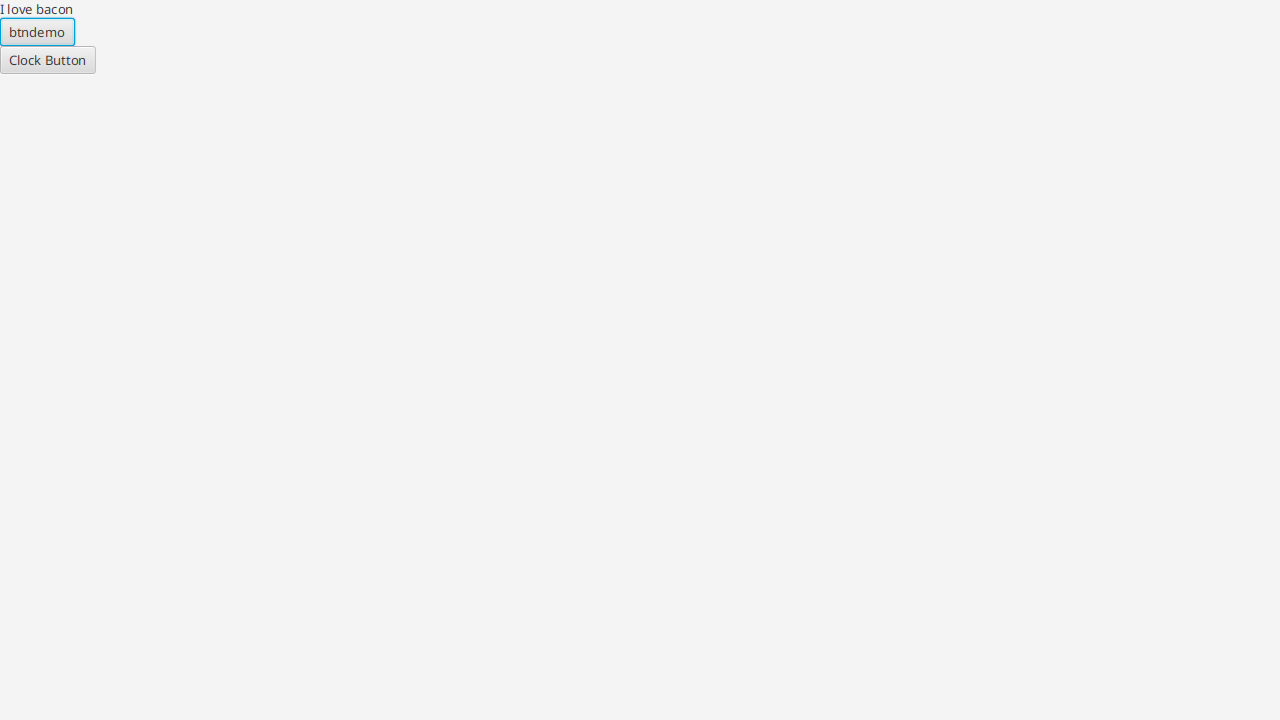
Repository: FabianKirsche/javafx_examples
Program's window: java org.krlib.dashboard/src/org/krlib/dashboard/Main.java
These files come from the project's save history. The program's window is drawn as it stood at one moment and after the next save; the edit follows.
It runs on Java 21 on a 1366 x 768 screen with JavaFX 11; the title bar is not drawn.

Above is the program's window before, as saved 2017-06-30 01:11:23.

### org.krlib.dashboard/src/org/krlib/dashboard/Main.java
package org.krlib.dashboard;

import javafx.application.*;
import javafx.fxml.FXMLLoader;
import javafx.scene.Parent;
import javafx.scene.Scene;
import javafx.stage.Stage;

public class Main extends Application{
	public static void main(String[] args) {
		launch(args);
	}

	@Override
	public void start(Stage primaryStage) throws Exception{
		Parent root = FXMLLoader.load(getClass().getResource("main.fxml"));	//load fxml

		primaryStage.setScene(new Scene(root,1280,720));					//set fxml to scene


		primaryStage.setTitle("MainWindow");
		primaryStage.show();

	}

}

### org.krlib.dashboard/src/org/krlib/dashboard/MainController.java
package org.krlib.dashboard;

import org.krlib.dashboard.clock.Clock;
import javafx.scene.control.Button;


public class MainController {
	public Button btn_demo;
	public Clock clock;

	public void btn_demo_Click() {
		System.out.println("btn_demo was clicked");
	}

}

### org.krlib.dashboard/src/org/krlib/dashboard/clock/Clock.java
package org.krlib.dashboard.clock;

import java.io.IOException;

import javafx.beans.property.StringProperty;
import javafx.fxml.FXMLLoader;
import javafx.scene.control.Label;
import javafx.scene.layout.Pane;

public class Clock extends Pane{

	public Label lbl_clock;

	public Clock() {
		FXMLLoader fxmlLoader = new FXMLLoader(getClass().getResource("clock.fxml"));

		try {
			fxmlLoader.load();
		} catch (IOException e) {
			throw new RuntimeException(e);
		}
	}

	public StringProperty textProperty() {
		return lbl_clock.textProperty();
	}
}

### org.krlib.dashboard/src/org/krlib/dashboard/clock/ClockController.java
package org.krlib.dashboard.clock;

import javafx.scene.control.Label;

public class ClockController {
	public Label lbl_clock;
}

### org.krlib.dashboard/src/org/krlib/dashboard/main.fxml
<?xml version="1.0" encoding="UTF-8"?>
<?import javafx.scene.control.*?>
<?import javafx.scene.layout.*?>
<?import javafx.scene.layout.BorderPane?>
<?import org.krlib.dashboard.clock.*?>
<?import javafx.scene.control.Button?>

<VBox prefHeight="720" prefWidth="1280" xmlns="http://javafx.com/javafx/8" xmlns:fx="http://javafx.com/fxml"
			fx:controller="org.krlib.dashboard.MainController">


		<Label text="I love bacon"/>
	    <Button text="btn_demo" fx:id="btn_demo" onAction="#btn_demo_Click"/>



		<fx:include source="/org/krlib/dashboard/clock/clock.fxml"/>
	    <Clock fx:id="clock"/>


</VBox>

### org.krlib.dashboard/src/org/krlib/dashboard/clock/clock.fxml
<?xml version="1.0" encoding="UTF-8"?>

<?import javafx.scene.layout.Pane?>
<?import javafx.scene.control.Label?>
<?import javafx.scene.control.Button?>

<Pane prefWidth="320" prefHeight="240" xmlns="http://javafx.com/javafx/8" xmlns:fx="http://javafx.com/fxml"
		fx:controller="org.krlib.dashboard.clock.ClockController">

	<Label fx:id="lbl_clock" text="DemoText" />
	<Button text="Clock Button" />
</Pane>

After the next save:
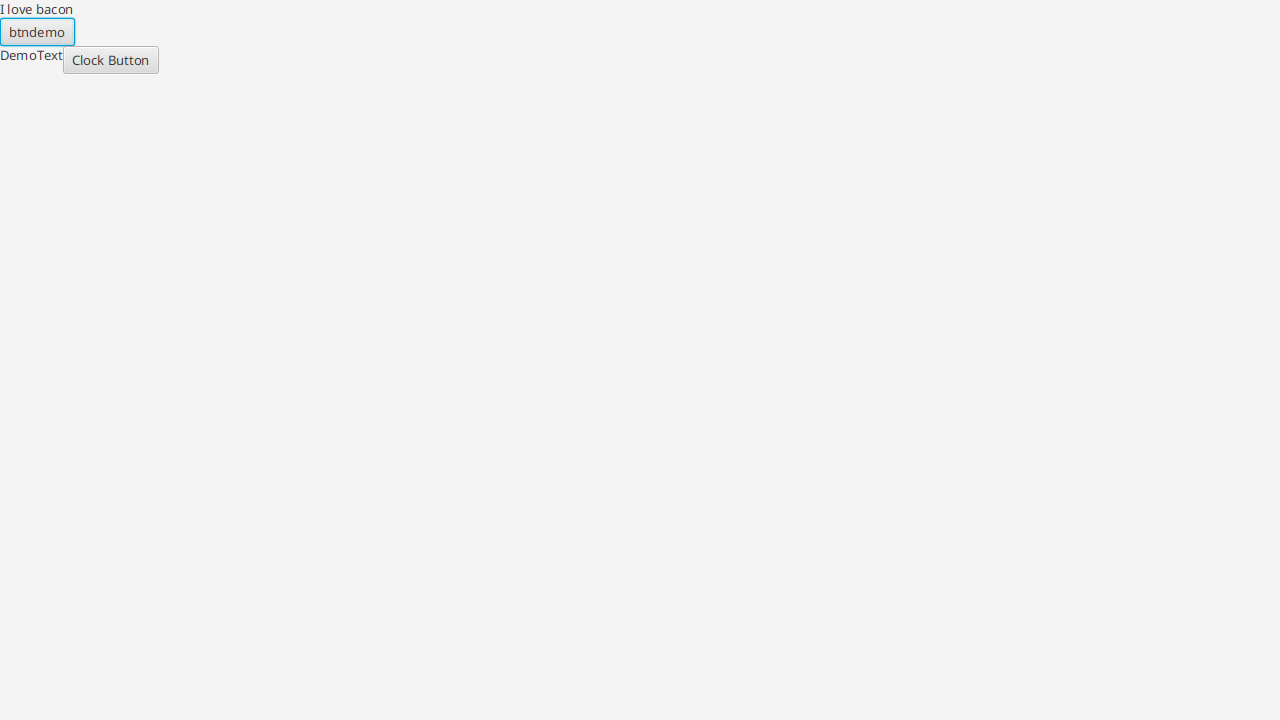
Saved 31 s later.
--- a/org.krlib.dashboard/src/org/krlib/dashboard/clock/clock.fxml
+++ b/org.krlib.dashboard/src/org/krlib/dashboard/clock/clock.fxml
@@ -3,10 +3,12 @@
 <?import javafx.scene.layout.Pane?>
 <?import javafx.scene.control.Label?>
 <?import javafx.scene.control.Button?>
+<?import javafx.scene.layout.HBox?>
 
 <Pane prefWidth="320" prefHeight="240" xmlns="http://javafx.com/javafx/8" xmlns:fx="http://javafx.com/fxml"
 		fx:controller="org.krlib.dashboard.clock.ClockController">
-
-	<Label fx:id="lbl_clock" text="DemoText" />
-	<Button text="Clock Button" />
+	<HBox>
+		<Label fx:id="lbl_clock" text="DemoText" />
+		<Button text="Clock Button" />
+	</HBox>
 </Pane>
